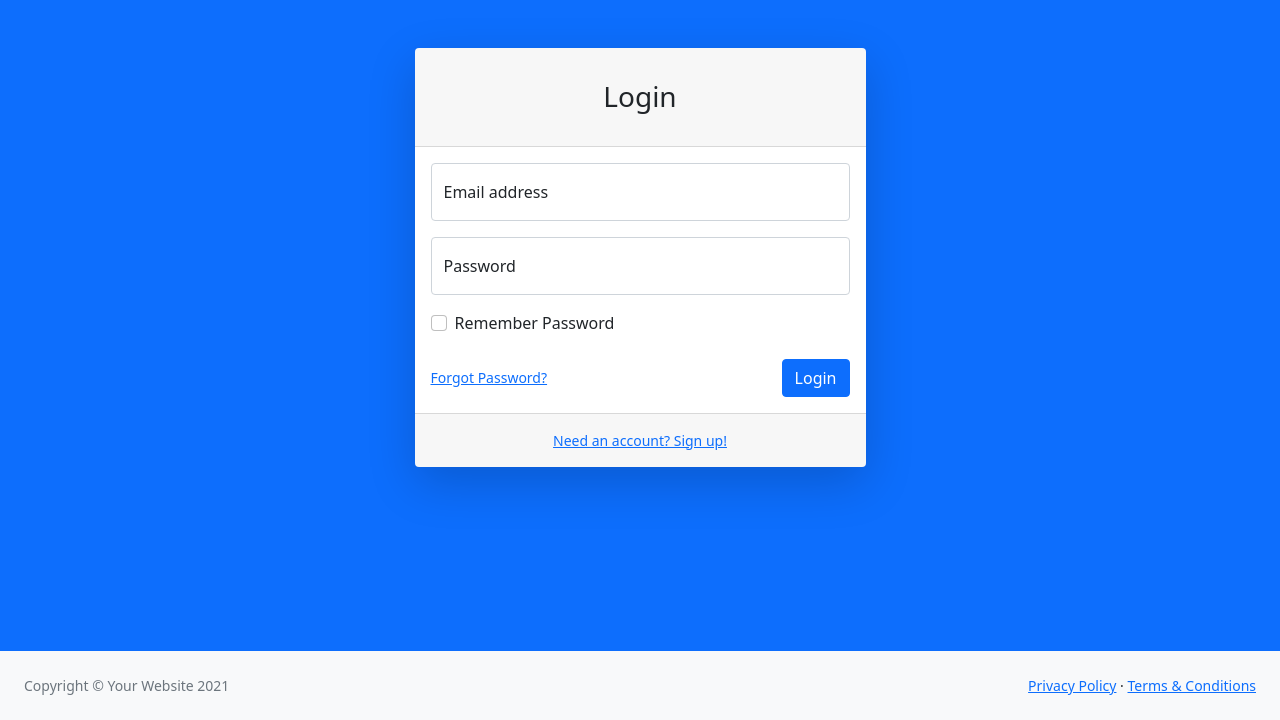
Repository: teq21/SDBSTOCK
Page: http://localhost/sdbstock/WEB-INF/view/user/login.jsp
These files come from the project's save history. The page is drawn as it stood at one moment and after the next save; the edit follows.
The browser window is 1280 px wide. The pictures show the whole page.
The page is served by Tomcat 9. Nobody is signed in. The template is opened directly, without the code that normally fills it, so the values that code supplies are empty.

Above is the page before, as saved 2021-06-15 11:50:29.

After the next save:
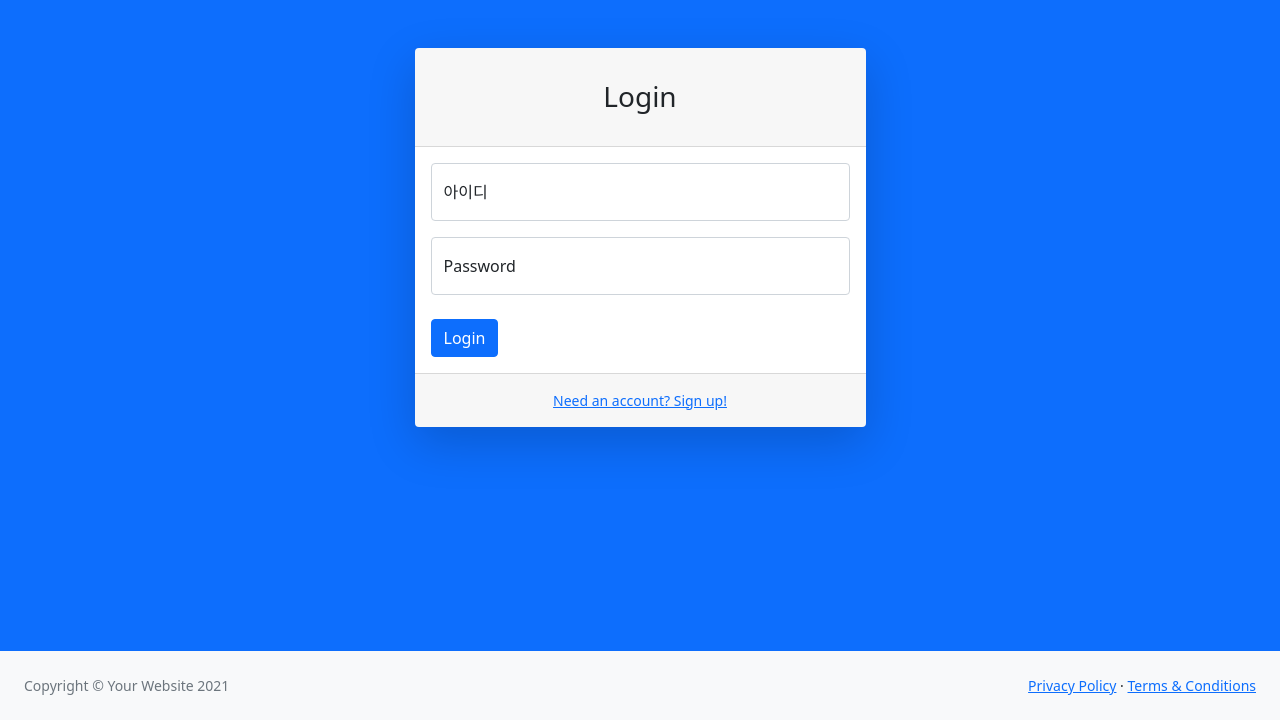
Saved 93 s later.
--- a/sdbstock/WebContent/WEB-INF/view/user/login.jsp
+++ b/sdbstock/WebContent/WEB-INF/view/user/login.jsp
@@ -25,18 +25,15 @@
                                         <form>
                                             <div class="form-floating mb-3">
                                                 <input class="form-control" id="inputEmail" type="email" placeholder="name@example.com" />
-                                                <label for="inputEmail">Email address</label>
+                                                <label for="inputEmail">아이디</label>
                                             </div>
                                             <div class="form-floating mb-3">
                                                 <input class="form-control" id="inputPassword" type="password" placeholder="Password" />
                                                 <label for="inputPassword">Password</label>
                                             </div>
-                                            <div class="form-check mb-3">
-                                                <input class="form-check-input" id="inputRememberPassword" type="checkbox" value="" />
-                                                <label class="form-check-label" for="inputRememberPassword">Remember Password</label>
-                                            </div>
+
                                             <div class="d-flex align-items-center justify-content-between mt-4 mb-0">
-                                                <a class="small" href="password.html">Forgot Password?</a>
+
                                                 <a class="btn btn-primary" href="index.html">Login</a>
                                             </div>
                                         </form>
